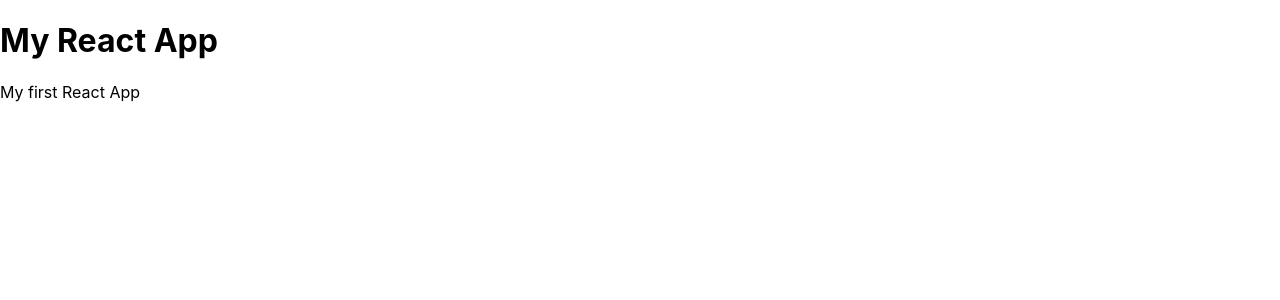
Repository: trider/react-task-app
Page: /login
The author's editor kept a copy of each file at every save. The page is drawn from the files as they stood at one save, then again after the next save.
The browser window is 1280 px wide. The pictures show the whole page.
The project was rebuilt for these pictures with package versions that can differ from the ones it lists, and the page was loaded fresh each time.

Above is the page before, as saved 2024-05-02 15:41:54.

After the next save:
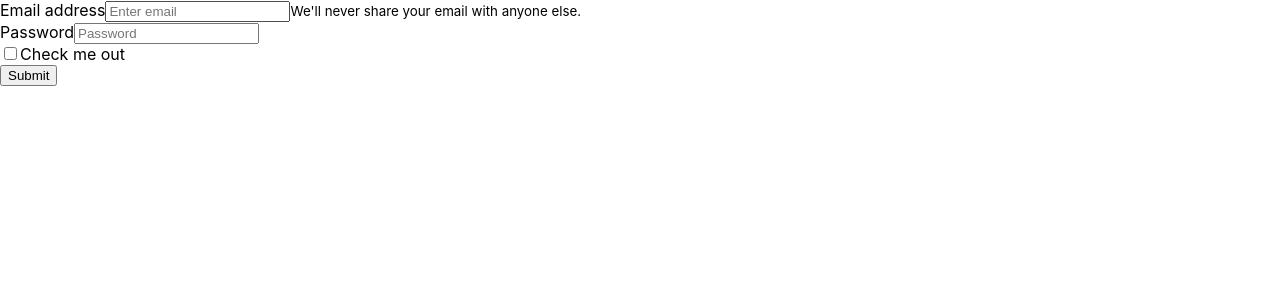
Saved 9 s later.
--- a/src/App.js
+++ b/src/App.js
@@ -6,8 +6,7 @@ import LoginForm from "./components/Login";
 let App = () => {
   return (
     <div>
-      <h1>My React App</h1>
-      <p>My first React App</p>
+      <LoginForm />
     </div>
 
 
